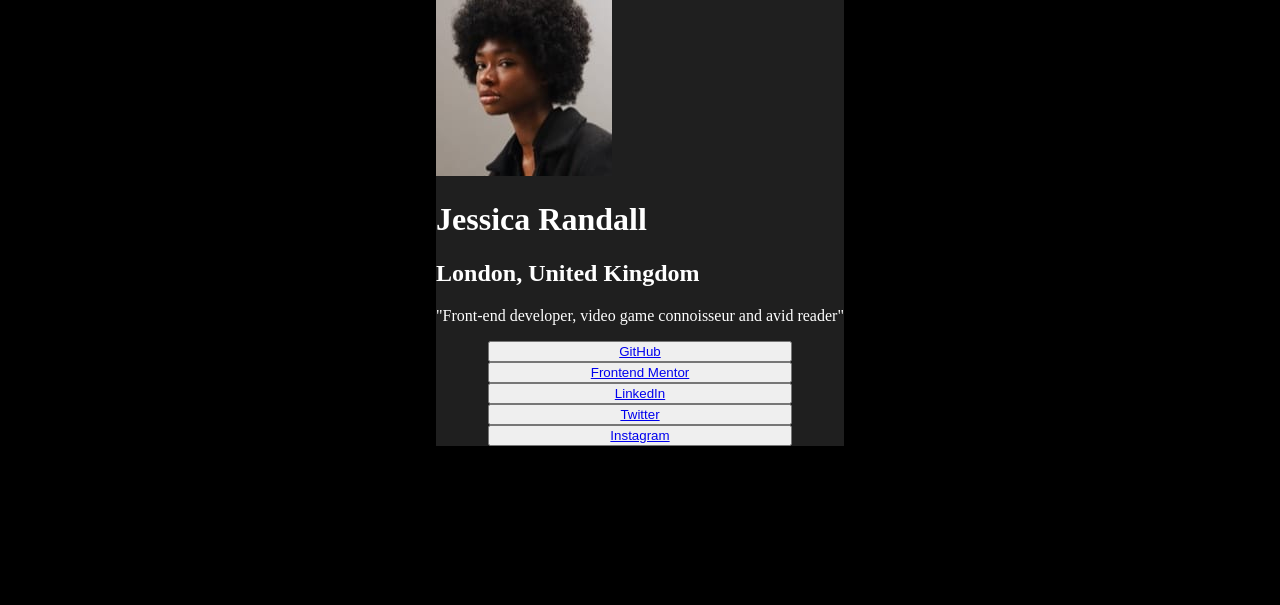
Repository: brandontaylor1/social-links-profile
Page: index.html
An editor plug-in stored every save of this project. The page is shown before and after the next save, followed by the edit.
The browser window is 1280 px wide. The pictures show the whole page.

Above is the page before, as saved 2024-12-25 17:05:29.

### index.html
<!DOCTYPE html>
<html lang="en">
<head>
    <meta charset="UTF-8">
    <meta name="viewport" content="width=device-width, initial-scale=1.0">
    <link rel="preconnect" href="https://fonts.googleapis.com">
    <link rel="preconnect" href="https://fonts.gstatic.com" crossorigin>
    <link href="https://fonts.googleapis.com/css2?family=Inter:ital,opsz,wght@0,14..32,100..900;1,14..32,100..900&display=swap" rel="stylesheet">
    <link rel="stylesheet" href="styles.css">
    <title>Social Links Profile</title>
</head>
<body>
    <main class="container">
        <div class="profile-content">
            <div class="img-container">
                <img src="./images/avatar-jessica.jpeg" alt="profile-pic">
            </div>
            <div class="profile-text">
                <h1>Jessica Randall</h1>
                <h2>London, United Kingdom</h2>
            </div>
            <p>"Front-end developer, video game connoisseur and avid reader"</p>
        </div>
        <div class="social-link-button-container">
            <button class="social-link-button"><a href="#">GitHub</a></button>
            <button class="social-link-button"><a href="#">Frontend Mentor</a></button>
            <button class="social-link-button"><a href="#">LinkedIn</a></button>
            <button class="social-link-button"><a href="#">Twitter</a></button>
            <button class="social-link-button"><a href="#">Instagram</a></button>
        </div>
    </main>

    <script src="index.js"></script>
</body>
</html>

### styles.css
:root {
    --gray-900: #141414;
    --gray-800: #1F1F1F;
    --gray-700: #333333;

    --color-white: #FFFFFF;
    --color-black: #000000;

    --color-green: #C4F82A;

}

body {
    box-sizing: border-box;
    margin: 0;
    padding: 0;
    background-color: black;
    display: flex;
    justify-content: center;
    align-items: center;
    background-color: var(--color-black);
}

.container {
    background-color: var(--gray-800);
    color: var(--color-white);
    display: flex;
    flex-direction: column;
    justify-content: center;
    align-items: center;
}


.social-link-button-container {
    display: flex;
    flex-direction: column;
    justify-content: center;
    align-items: center;

}

.social-link-button {
    width: 304px;
    height:
}

Loaded but not shown: index.js (no stored copy; drawn as an empty file)

After the next save:
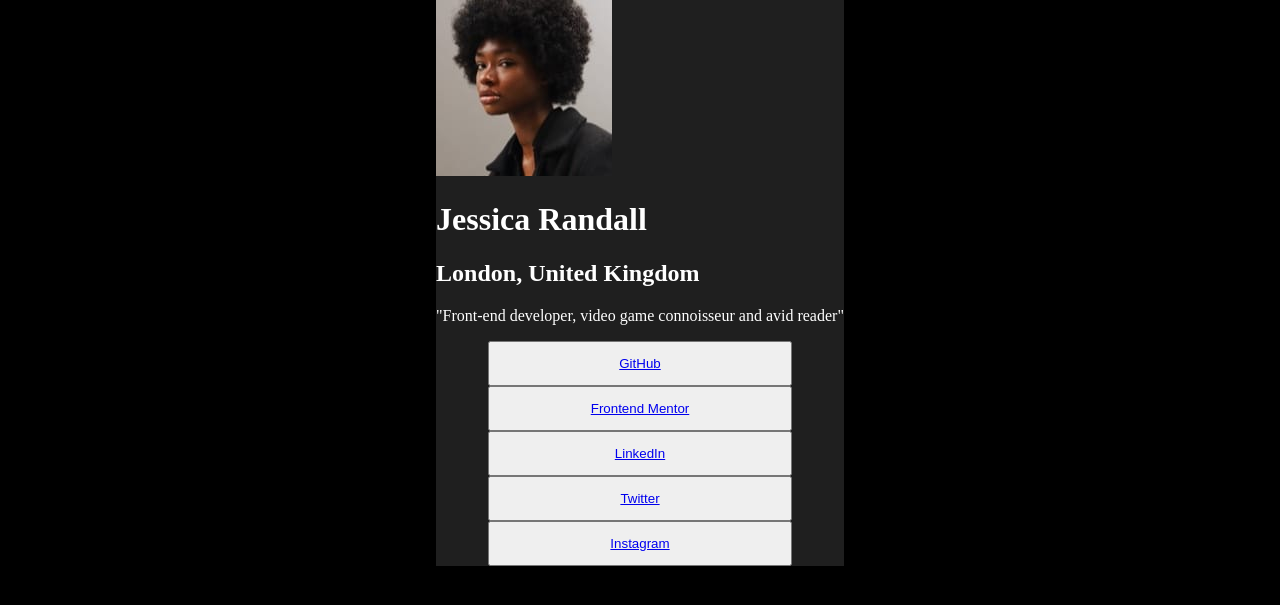
Saved 4 s later.
--- a/styles.css
+++ b/styles.css
@@ -41,5 +41,5 @@ body {
 
 .social-link-button {
     width: 304px;
-    height:
+    height: 45px;
 }
